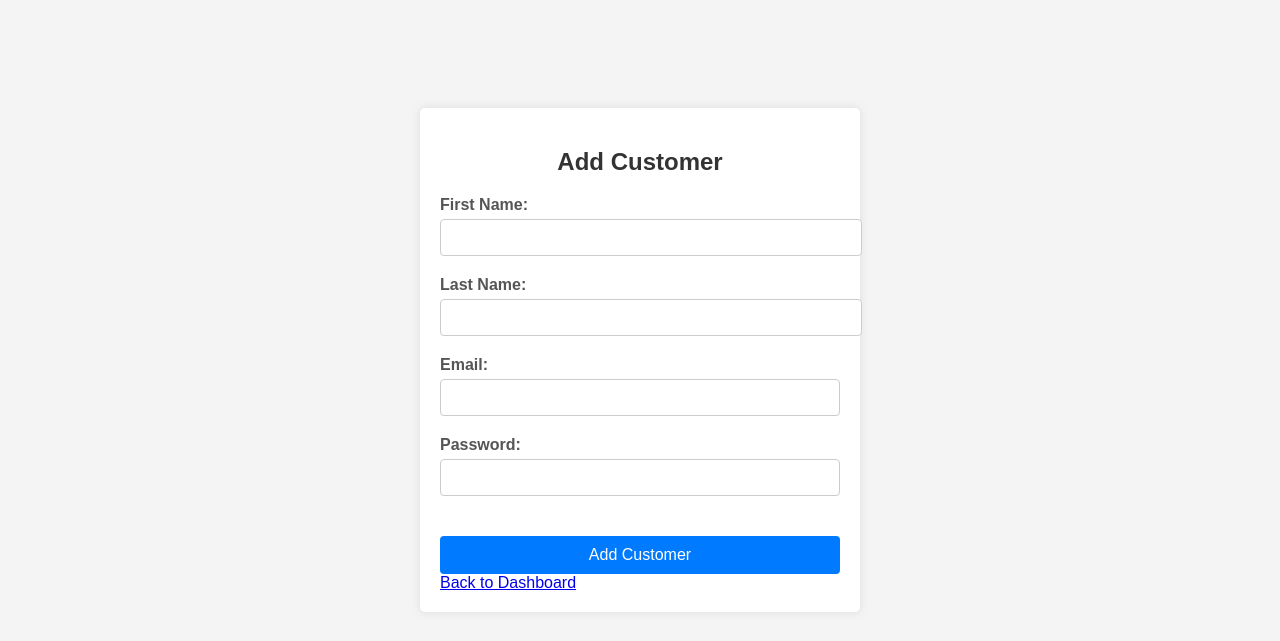
Repository: vinayakGarudi2002/swabhavTrainingProjects
Page: http://localhost/01_banking_application/addCustomer.jsp
An editor plug-in stored every save of this project. The page is shown before and after the next save, followed by the edit.
The browser window is 1280 px wide. The pictures show the whole page.
The page is served by Tomcat 9.

Above is the page before, as saved 2024-08-12 11:14:53.

After the next save:
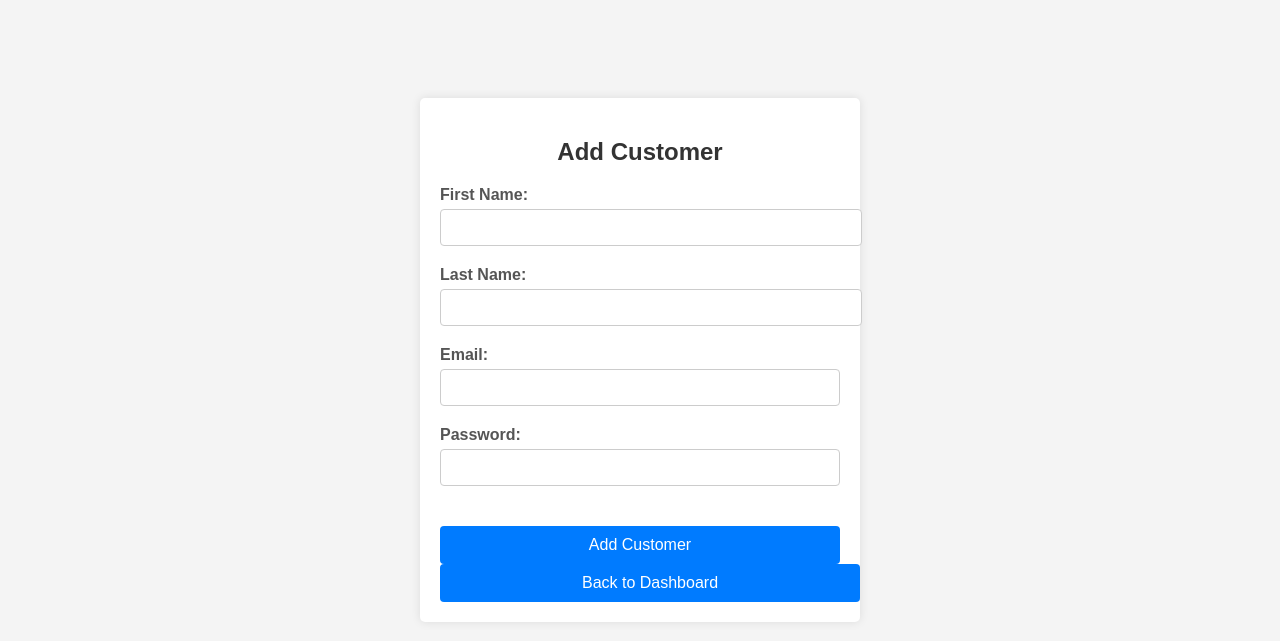
Saved 2 min 22 s later.
--- a/01_banking_application/WebContent/addCustomer.jsp
+++ b/01_banking_application/WebContent/addCustomer.jsp
@@ -6,6 +6,23 @@
     <meta charset="UTF-8">
     <title>Add Customer - Banking App</title>
     <link rel="stylesheet" type="text/css" href="static/css/styles.css">
+     <style>
+       a {
+            display: block;
+            width: 100%;
+            padding: 10px;
+            background-color: #007bff;
+            color: white;
+            text-align: center;
+            border-radius: 4px;
+            text-decoration: none;
+            font-size: 16px;
+        }
+
+        a:hover {
+            background-color: #0056b3;
+        }
+    </style>
 </head>
 <body>
     <div class="form-container">
